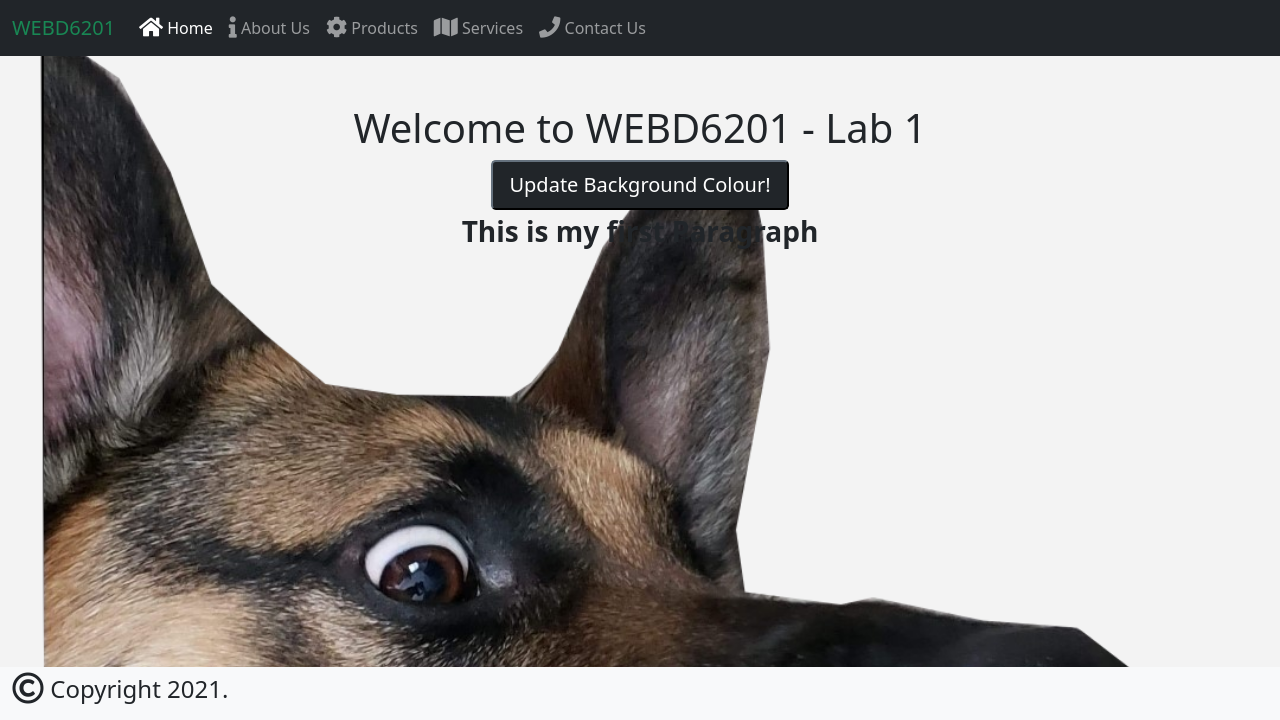
Repository: alto4/Lab-2-Nick-Scott-WEBD6201
Page: index.html
These files come from the project's save history. The page is drawn as it stood at one moment and after the next save; the edit follows.
The browser window is 1280 px wide. The pictures show the whole page.

Above is the page before, as saved 2021-01-31 13:37:54.

After the next save:
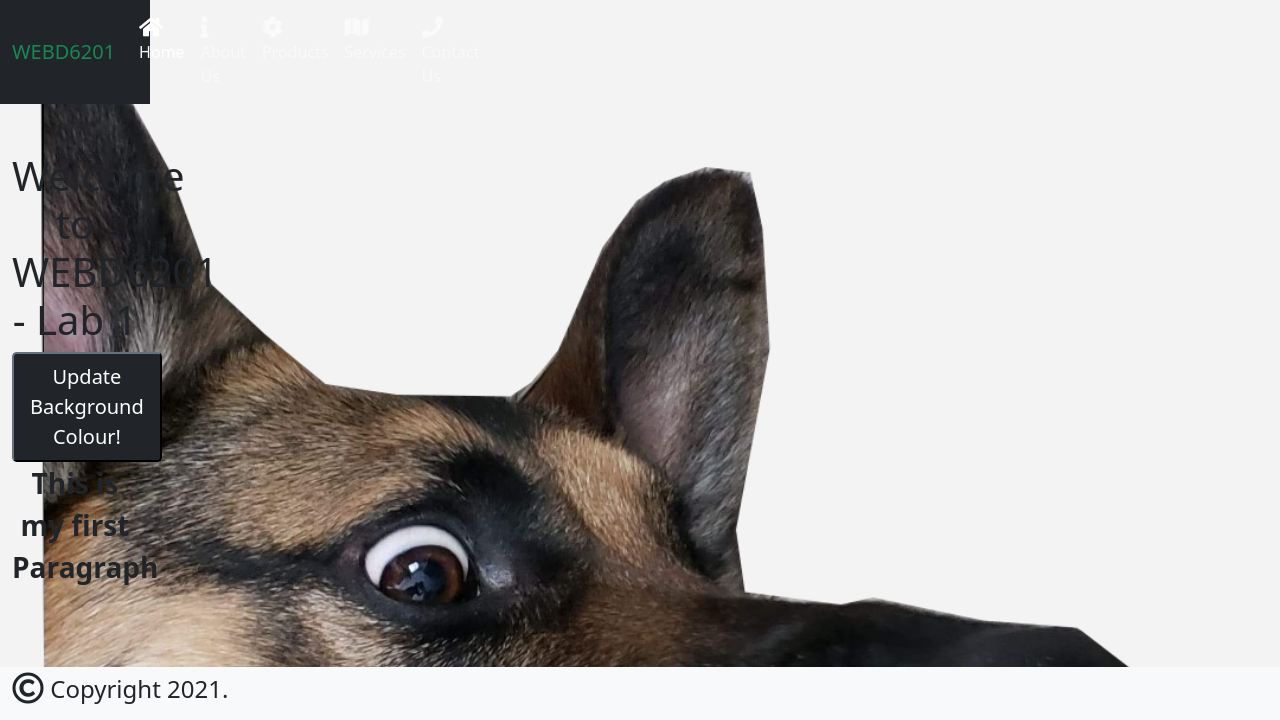
Saved 8 s later.
--- a/Content/app.css
+++ b/Content/app.css
@@ -4,5 +4,6 @@
     background-image: url('../Assets/finnlogo.png');
     background-repeat: repeat;
     background-size: cover;
-    width:
+    width: 150px;
+    height: 150px;
 }

After the 2 saves that followed:
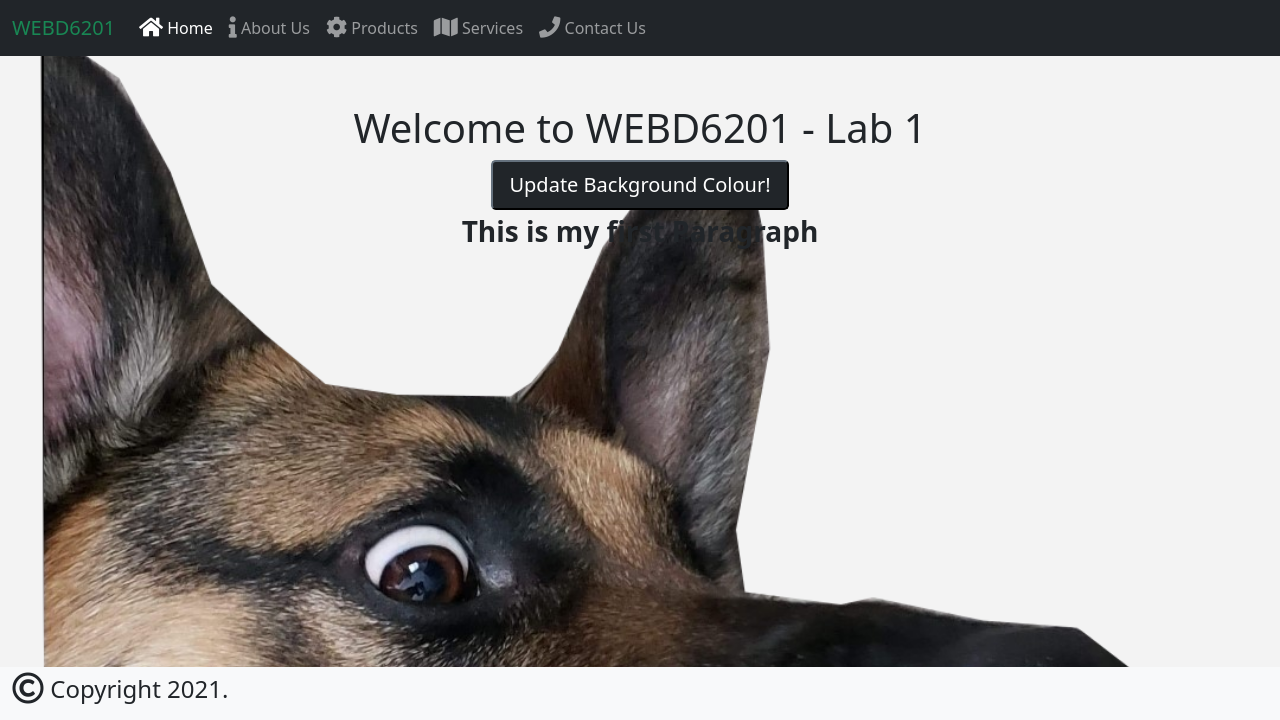
The 2 saves are shown as one change because they came seconds apart.
The last was saved 15 s later.
--- a/Content/app.css
+++ b/Content/app.css
@@ -4,6 +4,4 @@
     background-image: url('../Assets/finnlogo.png');
     background-repeat: repeat;
     background-size: cover;
-    width: 150px;
-    height: 150px;
 }
